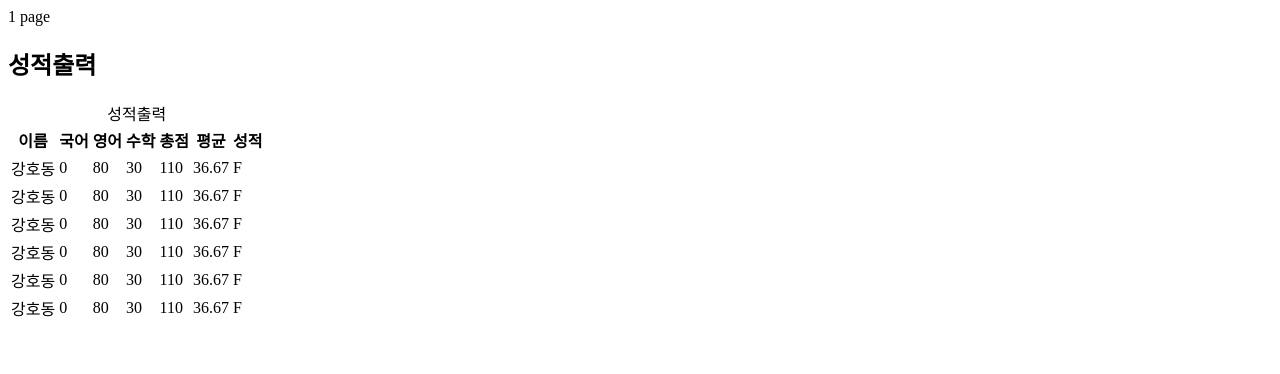
Repository: rnandory/eclipse
Page: http://localhost/WebApp/exam/list.jsp
The author's editor kept a copy of each file at every save. The page is drawn from the files as they stood at one save, then again after the next save.
The browser window is 1280 px wide. The pictures show the whole page.
The page is served by Tomcat 10. Other server files are loaded and not shown.

Above is the page before, as saved 2024-07-02 04:01:15.

### WebApp/src/main/webapp/exam/list.jsp
<%@ page language="java" contentType="text/html; charset=UTF-8"
    pageEncoding="UTF-8"%>
<!DOCTYPE html>
<html lang="en">
<head>
  <meta charset="UTF-8">
  <meta name="viewport" content="width=device-width, initial-scale=1.0">
  <title>Document</title>
</head>
<body>
  <section>
    <header>
      <div>1 page</div>
      <h1>성적출력</h1>
    </header>
    <table>
 <caption>성적출력</caption>
 <thead>
   <tr>
     <th>이름</th>
     <th>국어</th>
     <th>영어</th>
     <th>수학</th>
     <th>총점</th>
     <th>평균</th>
     <th>성적</th>
   </tr>
 </thead>
 <tbody>
   <tr>
     <td>강호동</td>
     <td>0</td>
     <td>80</td>
     <td>30</td>
     <td>110</td>
     <td>36.67</td>
     <td>F</td>
   </tr>
   <tr>
     <td>강호동</td>
     <td>0</td>
     <td>80</td>
     <td>30</td>
     <td>110</td>
     <td>36.67</td>
     <td>F</td>
   </tr>
   <tr>
     <td>강호동</td>
     <td>0</td>
     <td>80</td>
     <td>30</td>
     <td>110</td>
     <td>36.67</td>
     <td>F</td>
   </tr>
   <tr>
     <td>강호동</td>
     <td>0</td>
     <td>80</td>
     <td>30</td>
     <td>110</td>
     <td>36.67</td>
     <td>F</td>
   </tr>
   <tr>
     <td>강호동</td>
     <td>0</td>
     <td>80</td>
     <td>30</td>
     <td>110</td>
     <td>36.67</td>
     <td>F</td>
   </tr>
   <tr>
     <td>강호동</td>
     <td>0</td>
     <td>80</td>
     <td>30</td>
     <td>110</td>
     <td>36.67</td>
     <td>F</td>
   </tr>
 </tbody>
</table>
  </section>
</body>
</html>

After the next save:
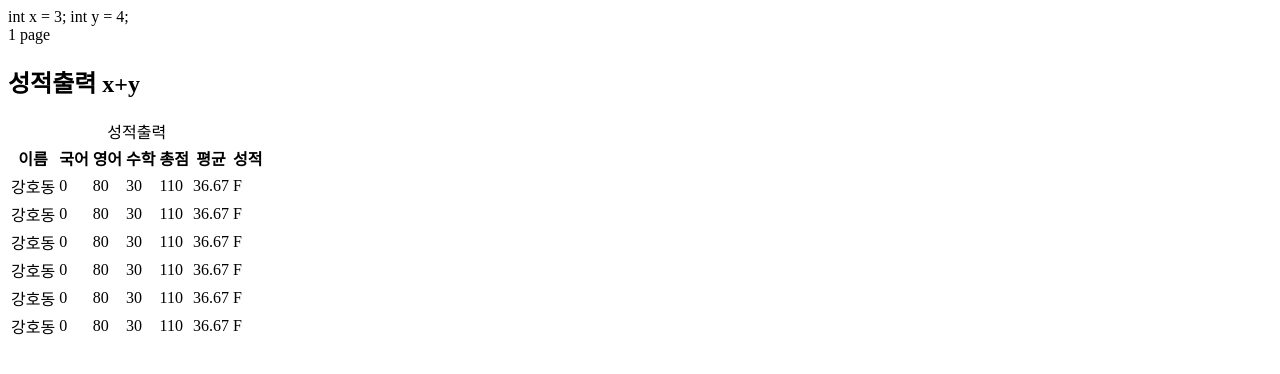
Saved 20 h 57 min later.
--- a/WebApp/src/main/webapp/exam/list.jsp
+++ b/WebApp/src/main/webapp/exam/list.jsp
@@ -1,5 +1,8 @@
 <%@ page language="java" contentType="text/html; charset=UTF-8"
     pageEncoding="UTF-8"%>
+
+    int x = 3;
+    int y = 4;
 <!DOCTYPE html>
 <html lang="en">
 <head>
@@ -11,7 +14,7 @@
   <section>
     <header>
       <div>1 page</div>
-      <h1>성적출력</h1>
+      <h1>성적출력 x+y</h1>
     </header>
     <table>
  <caption>성적출력</caption>

After the save that followed:
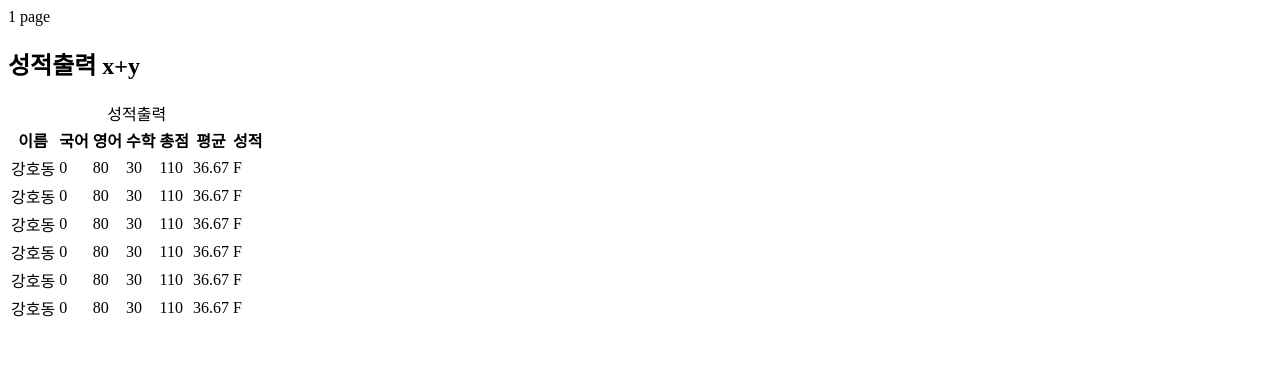
Saved 5 min 5 s later.
--- a/WebApp/src/main/webapp/exam/list.jsp
+++ b/WebApp/src/main/webapp/exam/list.jsp
@@ -1,8 +1,9 @@
 <%@ page language="java" contentType="text/html; charset=UTF-8"
     pageEncoding="UTF-8"%>
-
-    int x = 3;
-    int y = 4;
+<%
+int x = 3;
+int y = 4;
+%>
 <!DOCTYPE html>
 <html lang="en">
 <head>
